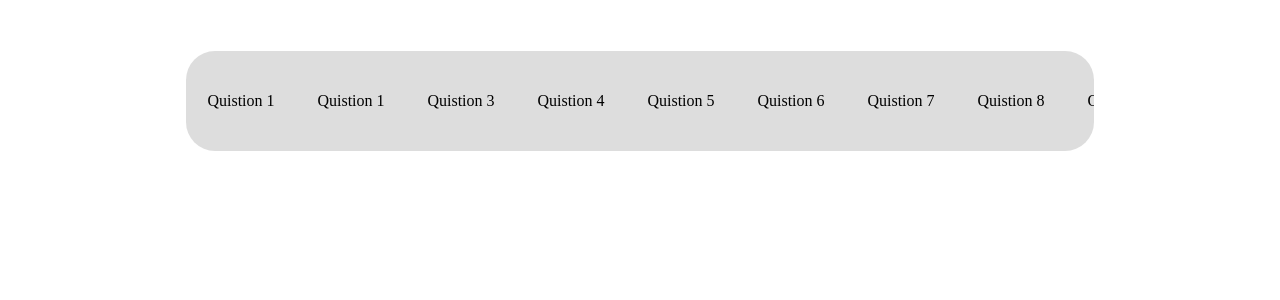
Repository: special4Party/Graduation-project-wedding-hall
Page: include/temp/test.html
An editor plug-in stored every save of this project. The page is shown before and after the next save, followed by the edit.
The browser window is 1280 px wide. The pictures show the whole page.

Above is the page before, as saved 2022-04-30 00:04:38.

### include/temp/test.html
<!DOCTYPE html>
<html lang="en">
<head>
    <meta charset="UTF-8">
    <title>Quistion to Admin page</title>
    <link rel="stylesheet" href="/layout/css/test.css">
</head>
<body>
<section class="container">
    <div class="wrapper">
        <div class="item">Quistion 1</div>
        <div class="item">Quistion 1</div>
        <div class="item">Quistion 3</div>
        <div class="item">Quistion 4</div>
        <div class="item">Quistion 5</div>
        <div class="item">Quistion 6</div>
        <div class="item">Quistion 7</div>
        <div class="item">Quistion 8</div>
        <div class="item">Quistion 9</div>
        <div class="item">Quistion 7</div>
        <div class="item">Quistion 8</div>
        <div class="item">Quistion 9</div>
        <div class="item">Quistion 7</div>
        <div class="item">Quistion 8</div>
        <div class="item">Quistion 9</div>
    </div>
</section>
</body>
</html>

### layout/css/test.css
*{
    padding: 0;
    margin: 0;
    box-sizing: border-box;
}
.container{
    padding: 50px 185px;

}
.wrapper{
    max-height: 120px;
    border: 1px solid #fff;
    display: flex;
    overflow-x: auto;
    border-radius: 30px;

}
.wrapper .item{
    min-width: 110px;
    height: 100px;
    line-height: 100px;
    text-align: center;
    background-color: #ddd;
}

After the next save:
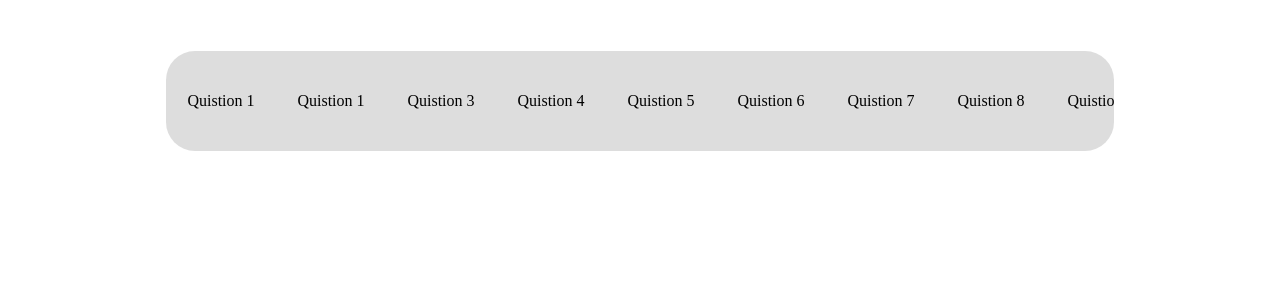
Saved 15 s later.
--- a/layout/css/test.css
+++ b/layout/css/test.css
@@ -4,7 +4,7 @@
     box-sizing: border-box;
 }
 .container{
-    padding: 50px 185px;
+    padding: 50px 165px;
 
 }
 .wrapper{
